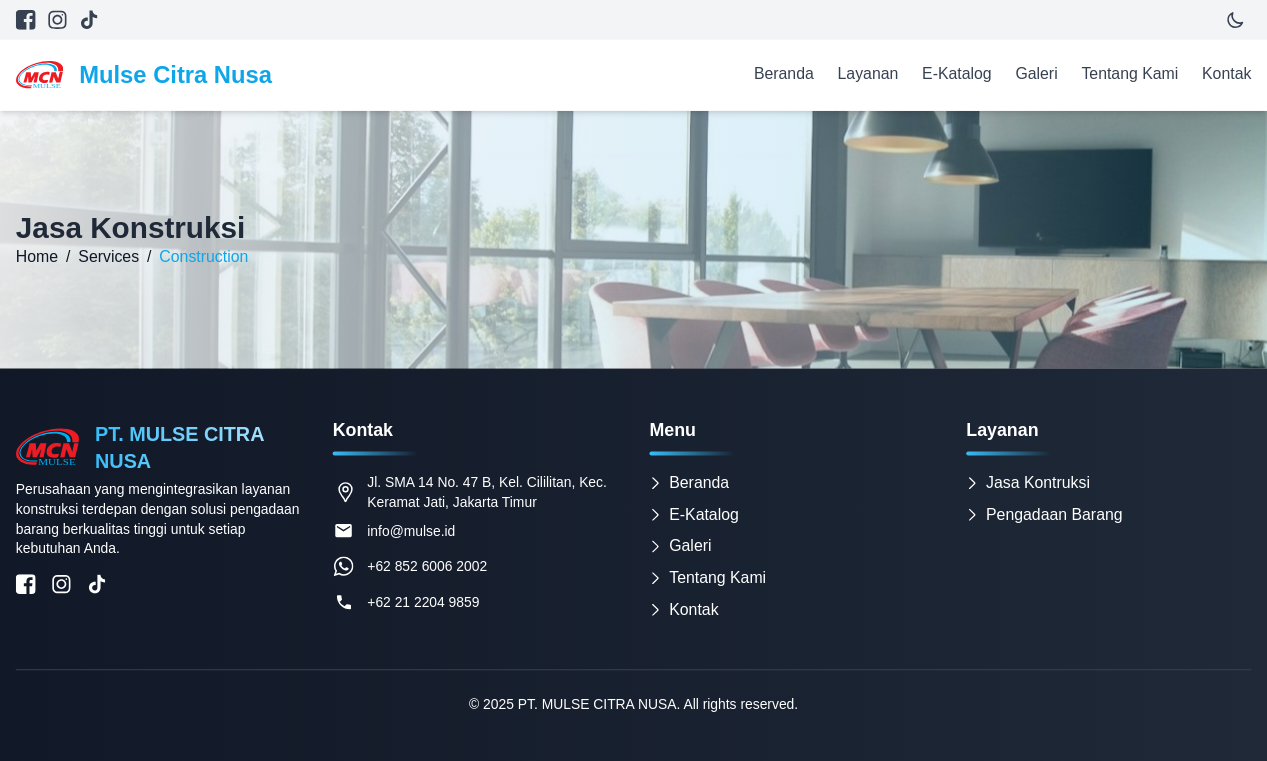
Repository: PrasBaldin/next-mulse
Page: /services/construction
An editor plug-in stored every save of this project. The page is shown before and after the next save, followed by the edit.
The browser window is 1280 px wide. The pictures show the whole page, at 99% of full size.
The project was rebuilt for these pictures with package versions that can differ from the ones it lists, and the page was loaded fresh each time. The framework's server and built-in components were replaced by stand-ins that run in the browser. Also part of the build but not shown: next.config.ts.

Above is the page before, as saved 2025-02-26 12:47:07.

### app/layout.tsx
import type { Metadata } from "next";
import { Geist, Geist_Mono } from "next/font/google";
import "./globals.css";
import Navbar from "@/components/navbar";
import Footer from "@/components/footer";

const geistSans = Geist({
  variable: "--font-geist-sans",
  subsets: ["latin"],
});

const geistMono = Geist_Mono({
  variable: "--font-geist-mono",
  subsets: ["latin"],
});

export const metadata: Metadata = {
  title: "Mulse",
  description: "Selamat datang di PT. Mulse Citra Nusa, kami menyediakan barang dan jasa sesuai kebutuhan Anda.",
};

export default function RootLayout({
  children,
}: Readonly<{
  children: React.ReactNode;
}>) {
  return (
    <html lang="en">
      <body className={`${geistSans.variable} ${geistMono.variable} antialiased`} >
        <Navbar />
        {children}
        <Footer />
      </body>
    </html>
  );
}

### app/services/construction/page.tsx
import Link from "next/link";

const ConstructionPage = () => {
  return (
    <>
      <section className="mt-[72px] lg:mt-[112px]">
        <div className="banner">
          <div className="banner-mask"></div>
          <div className="container z-[1] relative">
            <div className="banner-content">
              <h4 className="text-3xl font-bold text-gray-800 dark:text-gray-100 transition duration-500 ease-in-out">
                Jasa Konstruksi
              </h4>
              <ul className="breadcrumbs">
                <li>
                  <Link
                    href="/"
                    className="text-gray-900 dark:text-gray-100 transition duration-500 ease-in-out"
                  >
                    Home
                  </Link>
                </li>
                <li className="text-gray-900 dark:text-gray-100 transition duration-500 ease-in-out">
                  /
                </li>
                <li>
                  <Link
                    href="/"
                    className="text-gray-900 dark:text-gray-100 transition duration-500 ease-in-out"
                  >
                    Services
                  </Link>
                </li>
                <li className="text-gray-900 dark:text-gray-100 transition duration-500 ease-in-out">
                  /
                </li>
                <li>
                  <Link href="/gallery" className="text-sky-500">
                    Construction
                  </Link>
                </li>
              </ul>
            </div>
          </div>
        </div>
      </section>
    </>
  );
};

export default ConstructionPage;

### app/globals.css
@tailwind base;
@tailwind components;
@tailwind utilities;

:root {
  --background: #ffffff;
  --foreground: #171717;
}

@media (prefers-color-scheme: dark) {
  :root {
    --background: #0a0a0a;
    --foreground: #ededed;
  }
}

body {
  font-family: Arial, Helvetica, sans-serif;
  @apply bg-gray-100 dark:bg-gray-700;
}

.container {
  @apply mx-auto px-4;
}

.btn {
  @apply px-4 py-3 rounded-lg transition duration-500 ease-in-out;
}

.btn-primary {
  @apply bg-sky-600 hover:bg-sky-700 dark:hover:bg-sky-700 text-gray-100 hover:text-gray-300;
}

.btn-secondary {
  @apply bg-gray-100 hover:bg-gray-300 dark:hover:bg-gray-300 text-gray-800;
}

.btn-primary-border {
  @apply bg-transparent hover:bg-sky-500 dark:hover:bg-sky-500 border-2 border-sky-500 text-sky-500 dark:text-sky-500 hover:text-white dark:hover:text-white;
}

.banner {
  background-image: url("/img/banner-2.jpg");
  background-size: cover;
  @apply py-[100px] relative;
}

.banner-mask {
  @apply absolute inset-0 bg-gradient-to-r from-gray-100/90 to-sky-500/20 dark:from-gray-800/90 dark:to-sky-500/20 transition duration-500 ease-in-out z-[0];
}

.breadcrumbs {
  @apply flex gap-2 font-medium;
}

### components/navbar.tsx
"use client";
import { useState } from "react";
import Link from "next/link";
import Image from "next/image";

import MulseSvg from "@/public/img/mulse.svg";
import "./navbar.css";

// import ToggleLanguage from "./toggleLanguage";
import ToggleDarkMode from "./toggleDarkMode";

const Navbar = () => {
  const [isOpen, setIsOpen] = useState(false);
  const [isDropdownOpen, setIsDropdownOpen] = useState(false);

  return (
    <>
      <div className="utility-bar">
        <div className="container">
          <div className="flex justify-between items-center">
            <div className="w-full flex">
              <a
                href="https://www.facebook.com/profile.php?id=61550927165561&ref=ig_profile_ac"
                target="_blank"
                rel="noopener noreferrer"
                aria-label="Facebook"
                className="social-media-link hover:text-sky-400 transition-colors duration-300"
              >
                <svg
                  className="w-5 h-5 rounded"
                  fill="currentColor"
                  viewBox="0 0 24 24"
                  stroke="none"
                >
                  <path d="M22.675 0h-21.35C.593 0 0 .593 0 1.325v21.351C0 23.407.593 24 1.325 24h11.494v-9.294H9.692v-3.622h3.127V8.413c0-3.1 1.894-4.788 4.659-4.788 1.325 0 2.463.099 2.794.143v3.24l-1.918.001c-1.504 0-1.794.715-1.794 1.763v2.314h3.587l-.467 3.622h-3.12V24h6.116C23.407 24 24 23.407 24 22.675V1.325C24 .593 23.407 0 22.675 0z" />
                </svg>
              </a>
              <a
                href="https://www.instagram.com/mulse.id/"
                target="_blank"
                rel="noopener noreferrer"
                aria-label="Instagram"
                className="social-media-link hover:text-sky-400 transition-colors duration-300"
              >
                <svg
                  className="w-5 h-5"
                  viewBox="0 0 24 24"
                  fill="none"
                  xmlns="http://www.w3.org/2000/svg"
                >
                  <path
                    fillRule="evenodd"
                    clipRule="evenodd"
                    d="M12 18C15.3137 18 18 15.3137 18 12C18 8.68629 15.3137 6 12 6C8.68629 6 6 8.68629 6 12C6 15.3137 8.68629 18 12 18ZM12 16C14.2091 16 16 14.2091 16 12C16 9.79086 14.2091 8 12 8C9.79086 8 8 9.79086 8 12C8 14.2091 9.79086 16 12 16Z"
                    fill="currentColor"
                  />
                  <path
                    d="M18 5C17.4477 5 17 5.44772 17 6C17 6.55228 17.4477 7 18 7C18.5523 7 19 6.55228 19 6C19 5.44772 18.5523 5 18 5Z"
                    fill="currentColor"
                  />
                  <path
                    fillRule="evenodd"
                    clipRule="evenodd"
                    d="M1.65396 4.27606C1 5.55953 1 7.23969 1 10.6V13.4C1 16.7603 1 18.4405 1.65396 19.7239C2.2292 20.8529 3.14708 21.7708 4.27606 22.346C5.55953 23 7.23969 23 10.6 23H13.4C16.7603 23 18.4405 23 19.7239 22.346C20.8529 21.7708 21.7708 20.8529 22.346 19.7239C23 18.4405 23 16.7603 23 13.4V10.6C23 7.23969 23 5.55953 22.346 4.27606C21.7708 3.14708 20.8529 2.2292 19.7239 1.65396C18.4405 1 16.7603 1 13.4 1H10.6C7.23969 1 5.55953 1 4.27606 1.65396C3.14708 2.2292 2.2292 3.14708 1.65396 4.27606ZM13.4 3H10.6C8.88684 3 7.72225 3.00156 6.82208 3.0751C5.94524 3.14674 5.49684 3.27659 5.18404 3.43597C4.43139 3.81947 3.81947 4.43139 3.43597 5.18404C3.27659 5.49684 3.14674 5.94524 3.0751 6.82208C3.00156 7.72225 3 8.88684 3 10.6V13.4C3 15.1132 3.00156 16.2777 3.0751 17.1779C3.14674 18.0548 3.27659 18.5032 3.43597 18.816C3.81947 19.5686 4.43139 20.1805 5.18404 20.564C5.49684 20.7234 5.94524 20.8533 6.82208 20.9249C7.72225 20.9984 8.88684 21 10.6 21H13.4C15.1132 21 16.2777 20.9984 17.1779 20.9249C18.0548 20.8533 18.5032 20.7234 18.816 20.564C19.5686 20.1805 20.1805 19.5686 20.564 18.816C20.7234 18.5032 20.8533 18.0548 20.9249 17.1779C20.9984 16.2777 21 15.1132 21 13.4V10.6C21 8.88684 20.9984 7.72225 20.9249 6.82208C20.8533 5.94524 20.7234 5.49684 20.564 5.18404C20.1805 4.43139 19.5686 3.81947 18.816 3.43597C18.5032 3.27659 18.0548 3.14674 17.1779 3.0751C16.2777 3.00156 15.1132 3 13.4 3Z"
                    fill="currentColor"
                  />
                </svg>
              </a>
              <a
                href="/"
                target="_blank"
                rel="noopener noreferrer"
                aria-label="Tiktok"
                className="social-media-link hover:text-sky-400 transition-colors duration-300"
              >
                <svg
                  className="w-5 h-5"
                  fill="currentColor"
                  viewBox="0 0 32 32"
                  version="1.1"
                  xmlns="http://www.w3.org/2000/svg"
                >
                  <path d="M16.656 1.029c1.637-0.025 3.262-0.012 4.886-0.025 0.054 2.031 0.878 3.859 2.189 5.213l-0.002-0.002c1.411 1.271 3.247 2.095 5.271 2.235l0.028 0.002v5.036c-1.912-0.048-3.71-0.489-5.331-1.247l0.082 0.034c-0.784-0.377-1.447-0.764-2.077-1.196l0.052 0.034c-0.012 3.649 0.012 7.298-0.025 10.934-0.103 1.853-0.719 3.543-1.707 4.954l0.020-0.031c-1.652 2.366-4.328 3.919-7.371 4.011l-0.014 0c-0.123 0.006-0.268 0.009-0.414 0.009-1.73 0-3.347-0.482-4.725-1.319l0.040 0.023c-2.508-1.509-4.238-4.091-4.558-7.094l-0.004-0.041c-0.025-0.625-0.037-1.25-0.012-1.862 0.49-4.779 4.494-8.476 9.361-8.476 0.547 0 1.083 0.047 1.604 0.136l-0.056-0.008c0.025 1.849-0.050 3.699-0.050 5.548-0.423-0.153-0.911-0.242-1.42-0.242-1.868 0-3.457 1.194-4.045 2.861l-0.009 0.030c-0.133 0.427-0.21 0.918-0.21 1.426 0 0.206 0.013 0.41 0.037 0.61l-0.002-0.024c0.332 2.046 2.086 3.59 4.201 3.59 0.061 0 0.121-0.001 0.181-0.004l-0.009 0c1.463-0.044 2.733-0.831 3.451-1.994l0.010-0.018c0.267-0.372 0.45-0.822 0.511-1.311l0.001-0.014c0.125-2.237 0.075-4.461 0.087-6.698 0.012-5.036-0.012-10.060 0.025-15.083z"></path>
                </svg>
              </a>
            </div>
            <div className="utility-content">
              {/* <ToggleLanguage /> */}
              <ToggleDarkMode />
            </div>
          </div>
        </div>
      </div>
      <nav className="navbar">
        <div className="container">
          <div className="flex justify-between items-center">
            <Link
              href="/"
              className="text-2xl font-bold text-sky-500 dark:text-gray-100 flex items-center transition duration-500 ease-in-out py-3"
            >
              <Image src={MulseSvg} alt="img" className="w-12 mr-4" />
              Mulse Citra Nusa
            </Link>

            <div className="hidden lg:flex space-x-6 items-center">
              <Link href="/" className="nav-link">
                Beranda
              </Link>

              <div
                className="relative group"
                onMouseEnter={() => setIsDropdownOpen(true)}
                onMouseLeave={() => setIsDropdownOpen(false)}
              >
                <Link href="/services">
                  <button className="nav-link flex items-center">
                    Layanan
                  </button>
                </Link>
                <div
                  className={`nav-dropdown min-w-[200px] ${
                    isDropdownOpen
                      ? "opacity-100 visible scale-100 translate-y-0"
                      : "opacity-0 invisible scale-95 translate-y-3"
                  }`}
                >
                  <Link
                    href="/services/procurement"
                    className="nav-link-dropdown"
                  >
                    Pengadaan Barang
                  </Link>
                  <Link
                    href="/services/construction"
                    className="nav-link-dropdown"
                  >
                    Jasa Konstruksi
                  </Link>
                </div>
              </div>
              <a
                href="https://katalog.inaproc.id/mulse-citra-nusa"
                target="_blank"
                className="nav-link"
              >
                E-Katalog
              </a>
              <Link href="/gallery" className="nav-link">
                Galeri
              </Link>
              <Link href="/about" className="nav-link">
                Tentang Kami
              </Link>
              <Link href="/contact" className="nav-link">
                Kontak
              </Link>
            </div>

            <button
              className="lg:hidden relative w-8 h-8"
              onClick={() => setIsOpen(!isOpen)}
            >
              <div
                className={`hamburger ${
                  isOpen
                    ? "rotate-45 top-1/2 transform -translate-y-1/2"
                    : "top-2"
                }`}
              ></div>
              <div
                className={`hamburger ${
                  isOpen ? "opacity-0" : "top-1/2 transform -translate-y-1/2"
                }`}
              ></div>
              <div
                className={`hamburger ${
                  isOpen
                    ? "-rotate-45 bottom-1/2 transform translate-y-1/2"
                    : "bottom-2"
                }`}
              ></div>
            </button>
          </div>
        </div>
      </nav>

      {/* Overlay Sidebar */}
      <div
        className={`lg:hidden fixed top-18 left-0 w-full h-full bg-black/50 backdrop-blur-sm transition-opacity duration-500 ease-in-out z-[9] ${
          isOpen ? "opacity-100 visible" : "opacity-0 invisible"
        }`}
        onClick={() => setIsOpen(false)}
      ></div>

      {/* Sidebar Menu */}
      <div
        className={`bg-white dark:bg-gray-800 lg:hidden fixed mt-[72px] right-0 w-64 h-full shadow-lg transform transition-transform duration-500 ease-in-out z-10 ${
          isOpen ? "translate-x-0" : "translate-x-full"
        }`}
      >
        <div className="p-6 flex flex-col space-y-4">
          <Link
            href="/"
            className="nav-link-mobile"
            onClick={() => setIsOpen(false)}
          >
            Beranda
          </Link>

          <div>
            <button
              className="nav-link-mobile flex items-center w-full"
              onClick={() => setIsDropdownOpen(!isDropdownOpen)}
            >
              Layanan
              <span
                className={`dropdown-arrow ${
                  isDropdownOpen
                    ? "rotate-45 absolute right-9 mb-2"
                    : "-rotate-45 absolute right-9"
                }`}
              ></span>
            </button>
            <div
              className={`bg-white dark:bg-gray-800 ml-4 space-y-2 rounded-lg overflow-hidden transition-all duration-500 ease-in-out ${
                isDropdownOpen
                  ? "max-h-[500px] opacity-100 p-2 mt-2"
                  : "max-h-0 opacity-0 p-0 mt-0"
              }`}
            >
              <Link
                href="/services/procurement"
                className="nav-link-mobile block"
                onClick={() => setIsOpen(false)}
              >
                Pengadaan Barang
              </Link>
              <Link
                href="/services/construction"
                className="nav-link-mobile block"
                onClick={() => setIsOpen(false)}
              >
                Jasa Konstruksi
              </Link>
            </div>
          </div>
          <Link
            href="https://katalog.mulse.id"
            className="nav-link-mobile"
            onClick={() => setIsOpen(false)}
          >
            E-Katalog
          </Link>
          <Link
            href="/gallery"
            className="nav-link-mobile"
            onClick={() => setIsOpen(false)}
          >
            Galeri
          </Link>
          <Link
            href="/about"
            className="nav-link-mobile"
            onClick={() => setIsOpen(false)}
          >
            Tentang Kami
          </Link>
          <Link
            href="/contact"
            className="nav-link-mobile"
            onClick={() => setIsOpen(false)}
          >
            Kontak
          </Link>
          {/* <ToggleLanguage /> */}
          <ToggleDarkMode />
        </div>
      </div>
    </>
  );
};

export default Navbar;

### components/navbar.css
.utility-bar {
  @apply hidden lg:block absolute top-0 w-full py-1 bg-gray-100 dark:bg-gray-700 transition duration-500 ease-in-out z-10;
}

.utility-content {
  @apply w-auto flex gap-2;
}

.social-media-link {
  @apply mr-3 text-gray-700 dark:text-gray-100 hover:text-sky-500 dark:hover:text-sky-500 transition duration-300;
}

.navbar {
  @apply bg-white dark:bg-gray-800 transition duration-500 ease-in-out shadow-md top-0 lg:top-[40px] fixed lg:absolute w-full z-20;
}

.nav-link {
  @apply text-gray-700 hover:text-sky-500 dark:hover:text-sky-500 dark:text-gray-100 py-5 transition duration-500 ease-in-out border-b-2 border-transparent hover:border-sky-500 flex items-center;
}

.nav-dropdown {
  @apply bg-white dark:bg-gray-800 absolute top-[4rem] -left-2 w-auto pt-2 p-3 border-2 border-sky-300 dark:border-sky-800 border-t-sky-500 dark:border-t-sky-500 shadow-xl rounded-lg overflow-visible transition-all duration-300 transform;
}

.nav-link-dropdown {
  @apply text-gray-700 hover:text-sky-500 dark:hover:text-sky-500 dark:text-gray-100 pt-2 pb-1 transition duration-500 ease-in-out hover:bg-gray-100 dark:hover:bg-gray-700 rounded border-b border-gray-200 hover:border-sky-500 block mt-2 px-2;
}

.nav-link-mobile {
  @apply hover:bg-gray-100 dark:hover:bg-gray-700 text-gray-700 hover:text-sky-500 dark:hover:text-sky-500 dark:text-gray-100 py-2 pl-2 border-b border-gray-200 hover:border-sky-500 rounded transition;
}

.hamburger {
  @apply absolute w-6 h-[3px] bg-gray-800 dark:bg-gray-100 rounded transition duration-500 ease-in-out;
}

.dropdown-arrow {
  @apply border-b-2 border-r-2 border-gray-700 dark:border-gray-100 ml-2 w-3 h-3 transition duration-500 ease-in-out;
}

.nav-link-mobile:hover .dropdown-arrow {
  @apply border-sky-500;
}

### components/toggleDarkMode.tsx
"use client";
import { useState, useEffect } from "react";
import IconDarkMode from "../app/_assets/icon/iconDarkmode";
import IconLightMode from "../app/_assets/icon/iconLightmode";

import "./toggleDarkMode.css";

const ToggleDarkMode = () => {
  const [isDarkMode, setIsDarkMode] = useState(false);
  useEffect(() => {
    const storedTheme = localStorage.getItem("theme");
    setIsDarkMode(storedTheme === "dark");
  }, []);

  useEffect(() => {
    if (isDarkMode) {
      document.documentElement.classList.add("dark");
      localStorage.setItem("theme", "dark");
    } else {
      document.documentElement.classList.remove("dark");
      localStorage.setItem("theme", "light");
    }
  }, [isDarkMode]);

  return (
    <>
      {/* Mobile */}
      <button
        onClick={() => setIsDarkMode(!isDarkMode)}
        className="lg:hidden btn h-11 flex items-center"
        style={{ padding: ".5rem" }}
      >
        <div className="block">
          <div className="absolute flex items-center gap-2">
            <div
              className={`toggle-dark-mode-mobile gap-2 ${
                isDarkMode ? "opacity-100 rotate-0" : "opacity-0 rotate-90"
              }`}
            >
              <IconLightMode />
            </div>
            <span
              className={`text-gray-700 dark:text-gray-300 ${
                isDarkMode ? "opacity-100" : "opacity-0"
              }`}
            >
              Light Mode
            </span>
          </div>
          <div className="flex items-center gap-2">
            <div
              className={`toggle-dark-mode-mobile gap-2 ${
                isDarkMode ? "opacity-0 -rotate-90" : "opacity-100 rotate-0"
              }`}
            >
              <IconDarkMode />
            </div>
            <span
              className={`text-gray-700 dark:text-gray-300 ${
                isDarkMode ? "opacity-0" : "opacity-100"
              }`}
            >
              Night Mode
            </span>
          </div>
        </div>
      </button>

      {/* Desktop */}
      <button
        onClick={() => setIsDarkMode(!isDarkMode)}
        className="btn hidden lg:block btn w-8 h-8 relative overflow-hidden"
      >
        <div
          className={`toggle-dark-mode ${
            isDarkMode ? "opacity-100 rotate-0" : "opacity-0 rotate-90"
          }`}
        >
          <IconLightMode />
        </div>
        <div
          className={`toggle-dark-mode ${
            isDarkMode ? "opacity-0 -rotate-90" : "opacity-100 rotate-0"
          }`}
        >
          <IconDarkMode />
        </div>
      </button>
    </>
  );
};

export default ToggleDarkMode;

### components/footer.css
footer table tr a {
    @apply transition duration-300
}

footer table tr:hover a {
    @apply text-sky-400
}

### app/_assets/icon/iconDarkmode.tsx
import React from "react";

const IconDarkmode = () => {
    return (
        <svg xmlns="http://www.w3.org/2000/svg" className="h-5 w-5 text-gray-700 dark:text-gray-100" fill="none" viewBox="0 0 24 24" stroke="currentColor">
            <path strokeLinecap="round" strokeLinejoin="round" strokeWidth={2} d="M20.354 15.354A9 9 0 018.646 3.646 9.003 9.003 0 0012 21a9.003 9.003 0 008.354-5.646z" />
        </svg>
    )
}

export default IconDarkmode

### app/_assets/icon/iconLightmode.tsx
import React from "react";

const IconLightMode = () => {
    return (
        <svg xmlns="http://www.w3.org/2000/svg" className="h-5 w-5 text-gray-100" fill="none" viewBox="0 0 24 24" stroke="currentColor">
            <path strokeLinecap="round" strokeLinejoin="round" strokeWidth="2" d="M12 3v1m0 16v1m9-9h-1M4 12H3m15.364 6.364l-.707-.707M6.343 6.343l-.707-.707m12.728 0l-.707.707M6.343 17.657l-.707.707" />
            <circle cx="12" cy="12" r="3" stroke="currentColor" strokeWidth="2" fill="none" />
        </svg>
    )
}

export default IconLightMode

### components/toggleDarkMode.css
.toggle-dark-mode {
    @apply absolute top-0 bottom-0 left-0 right-0 flex items-center justify-center transition-all duration-500 transform
}

.toggle-dark-mode-mobile {
    @apply flex items-center justify-center transition-all duration-500 transform
}

### tailwind.config.ts
import type { Config } from "tailwindcss";

export default {
  darkMode: 'class',
  content: [
    "./pages/**/*.{js,ts,jsx,tsx,mdx}",
    "./components/**/*.{js,ts,jsx,tsx,mdx}",
    "./app/**/*.{js,ts,jsx,tsx,mdx}"
  ],
  theme: {
    extend: {
      width: {
        '11': '2.75rem',
      },
      height: {
        '11': '2.75rem',
      },
      colors: {
        background: "var(--background)",
        foreground: "var(--foreground)",
      },
    },
  },
  plugins: [],
} satisfies Config;

Loaded but not shown: components/footer.tsx (503 lines, source omitted)

After the next save:
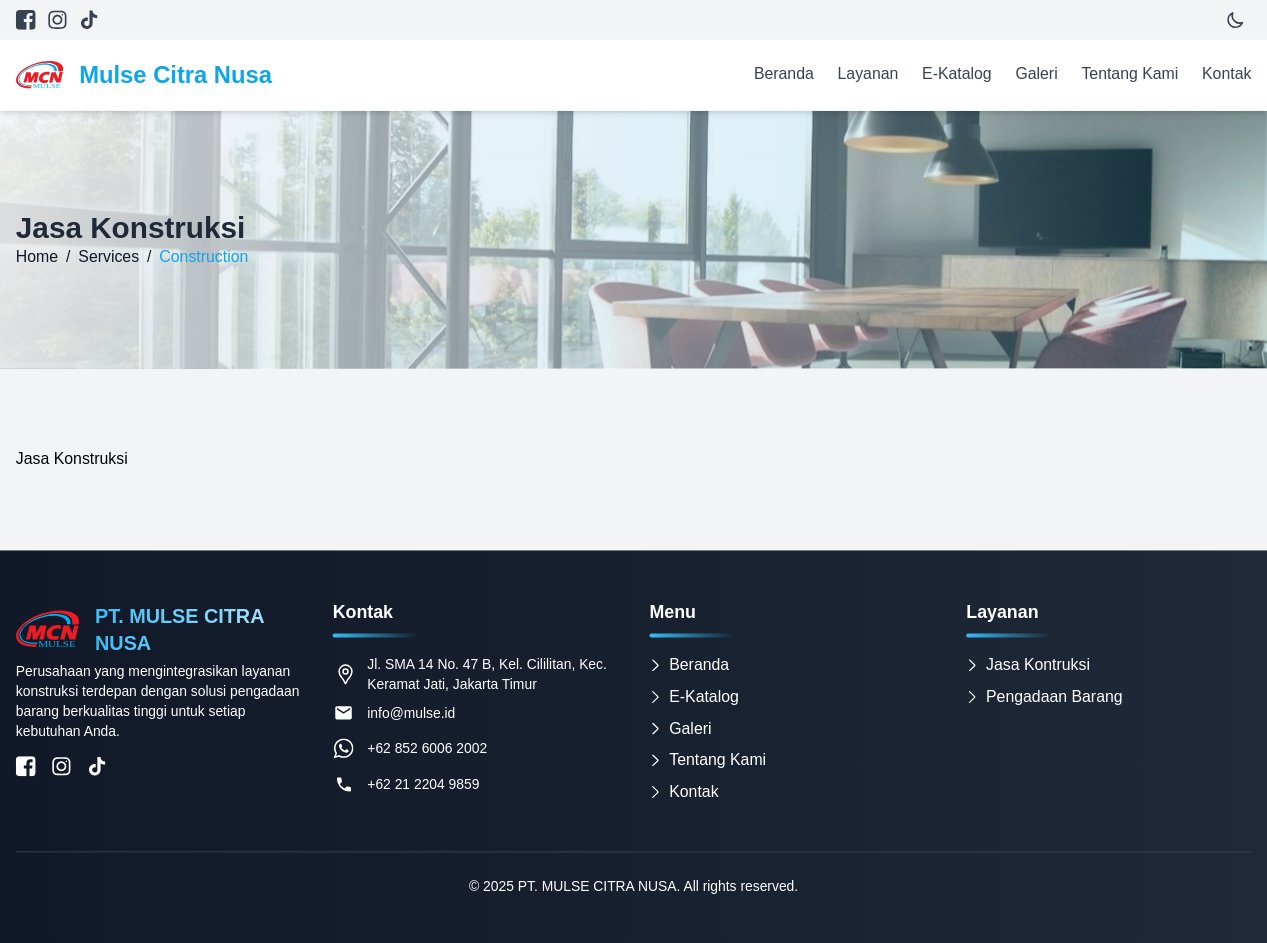
Saved 37 s later.
--- a/app/services/construction/page.tsx
+++ b/app/services/construction/page.tsx
@@ -44,6 +44,11 @@
           </div>
         </div>
       </section>
+      <section className="py-20">
+        <div className="container">
+          <h3>Jasa Konstruksi</h3>
+        </div>
+      </section>
     </>
   );
 };
